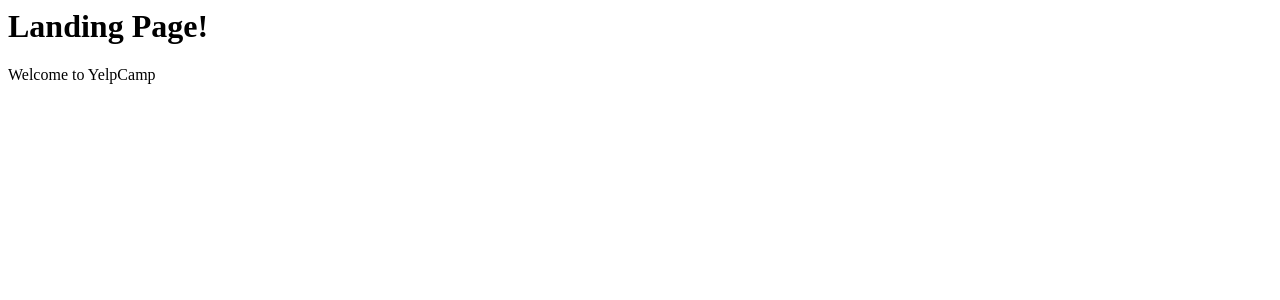
Repository: manojsatya/YelpCamp
Page: http://localhost/
An editor plug-in stored every save of this project. The page is shown before and after the next save, followed by the edit.
The browser window is 1280 px wide. The pictures show the whole page.
The page is served by the project's Node server (app.js).

Above is the page before, as saved 2019-06-13 21:54:41.

### views/landing.ejs
<h1> Landing Page! </h1>

<p>Welcome to YelpCamp</p>

### app.js
var express = require("express");
var app = express();

app.set("view engine", "ejs");

app.get("/", function(req, res){
    res.render("landing");
});

app.get("/campgrounds", function(req, res){
    var campgrounds = [
        {name: "Manoj Satya", image: "https://mk0theadventuregfnyq.kinstacdn.com/wp-content/uploads/Tips-for-Hiking-and-Camping-in-the-Snow-3.jpg"},
        {name: "Shradha Shiv", image: "https://www.michigan.org/sites/default/files/styles/15_6_desktop/public/camping-hero_0_0.jpg?itok=mgGs0-vw&timestamp=1520373602"},
        {name: "Meghana", image: "https://taosmountainoutfitters.com/wp-content/uploads/2018/09/camping_fullsize_story1.jpg"}
    ]

    res.render("campgrounds");
});


app.listen(3000, function(){
    console.log("The YelpCamp Server has started");
});

After the next save:
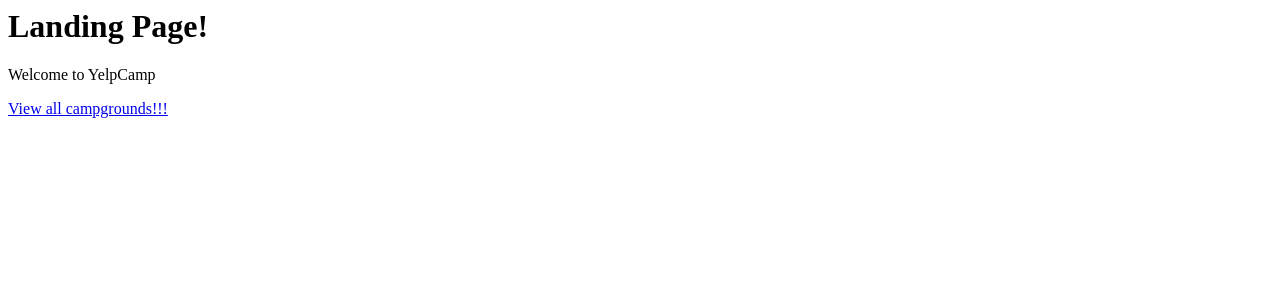
Saved 41 s later.
--- a/views/landing.ejs
+++ b/views/landing.ejs
@@ -1,3 +1,6 @@
 <h1> Landing Page! </h1>
 
 <p>Welcome to YelpCamp</p>
+
+
+<a href="/campgrounds"> View all campgrounds!!!</a>
